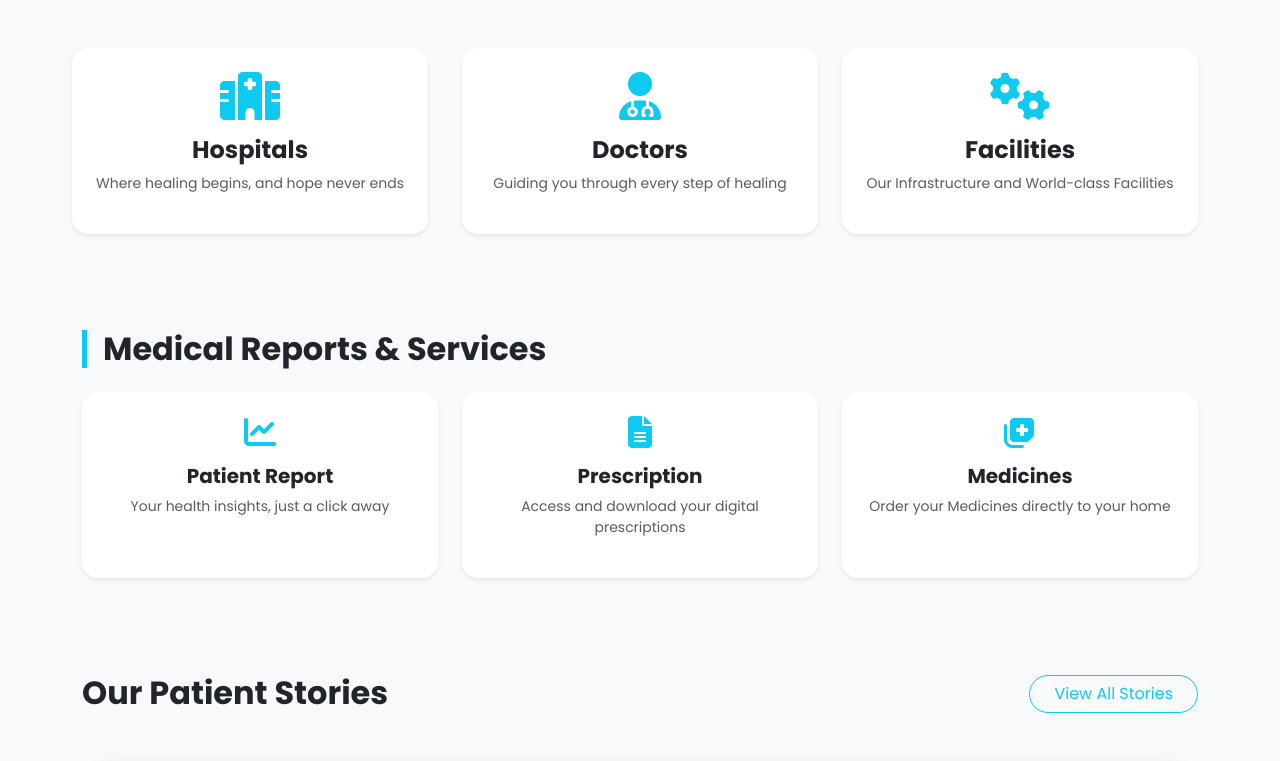
Repository: Rajasekaran0415/LifeCare-Management-System
Page: Project/index.html
An editor plug-in stored every save of this project. The page is shown before and after a run of saves, followed by the edit.
The browser window is 1280 px wide. The pictures show the part of the page from y = 591 to 1352 px (the page is 2436 px tall).
The pointer rests on the first visible `.hover-card`.
Pictures or frames that could not be fetched are drawn as grey boxes.

Above is the page before, as saved 2026-01-11 22:26:21.

After the next 2 saves:
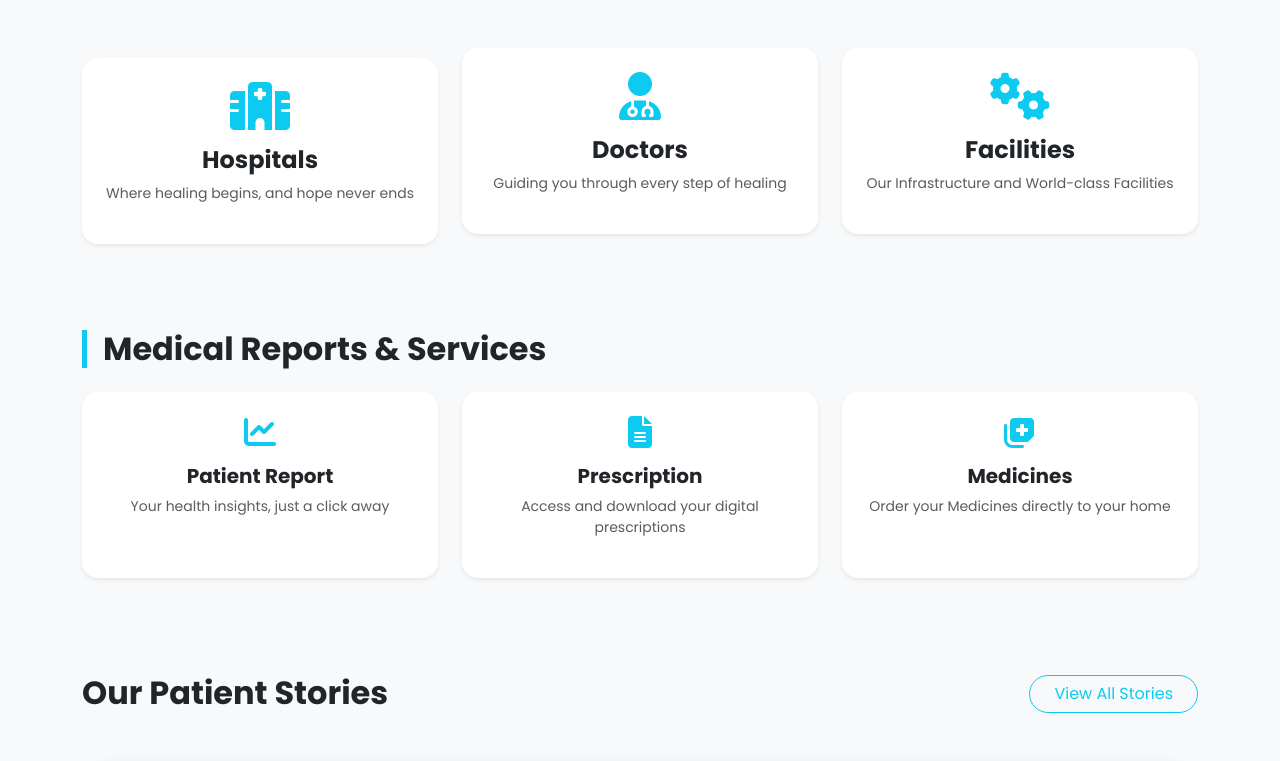
The 2 saves are shown as one change because they came seconds apart.
The last was saved 8 s later.
--- a/Project/index.html
+++ b/Project/index.html
@@ -17,7 +17,7 @@
             background-size: cover; background-position: center; height: 70vh;
         }
         /* Custom hover effect for your cards */
-        .hover-card:hover { transform: translate(-10px); transition: 0.4s; }
+        .hover-card:hover { transform: translateY(10px); transition: 0.4s; }
     </style>
 </head>
 <body>
